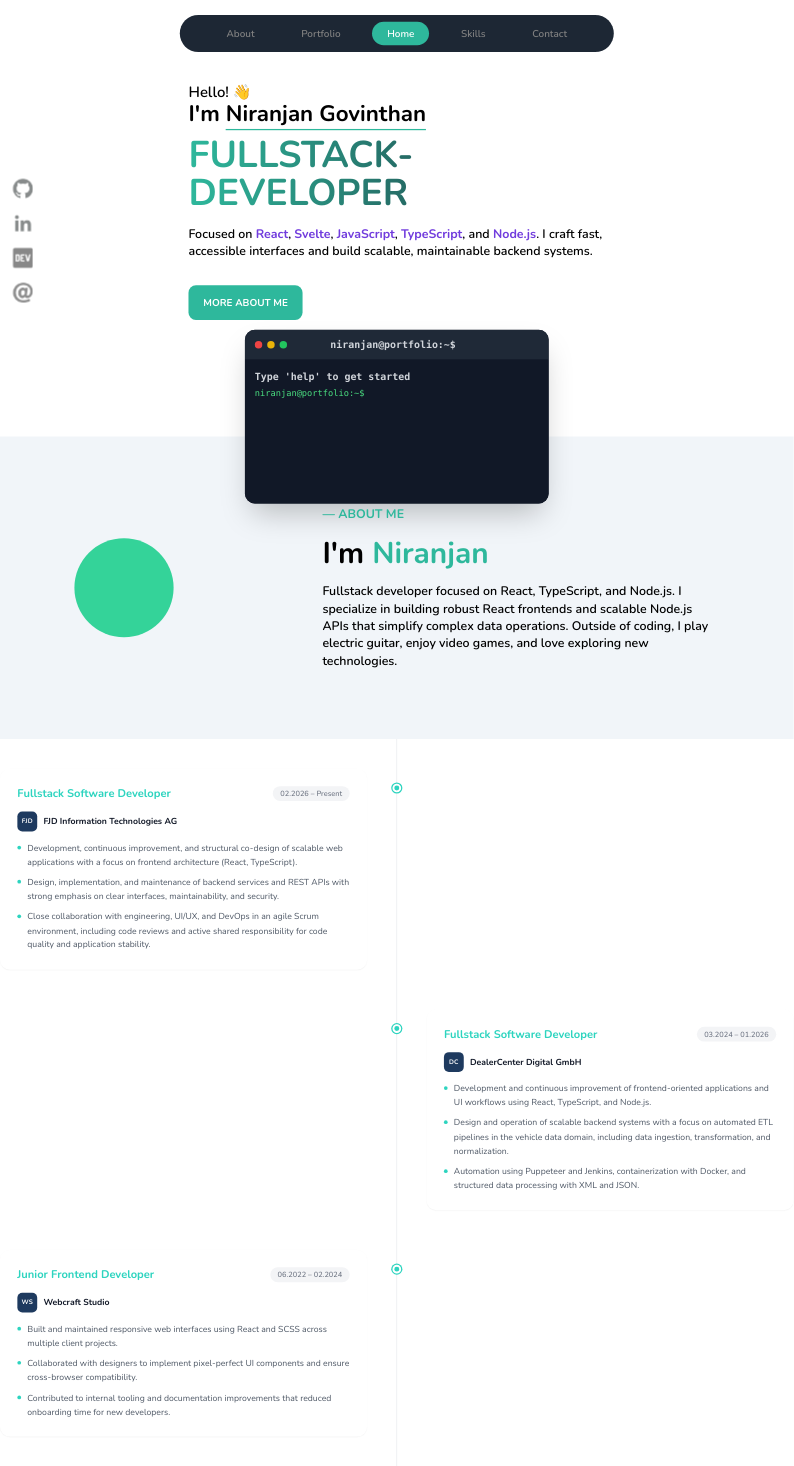
Repository: Niranjan-webdev/My-portfolio
Page: /
These files come from the project's save history. The page is drawn as it stood at one moment and after the next save; the edit follows.
The browser window is 1280 px wide. The pictures show the whole page, at 62% of full size.
The project was rebuilt for these pictures with package versions that can differ from the ones it lists, and the page was loaded fresh each time. Also part of the build but not shown: next.config.mjs.

Above is the page before, as saved 2026-03-21 11:07:43.

After the next save:
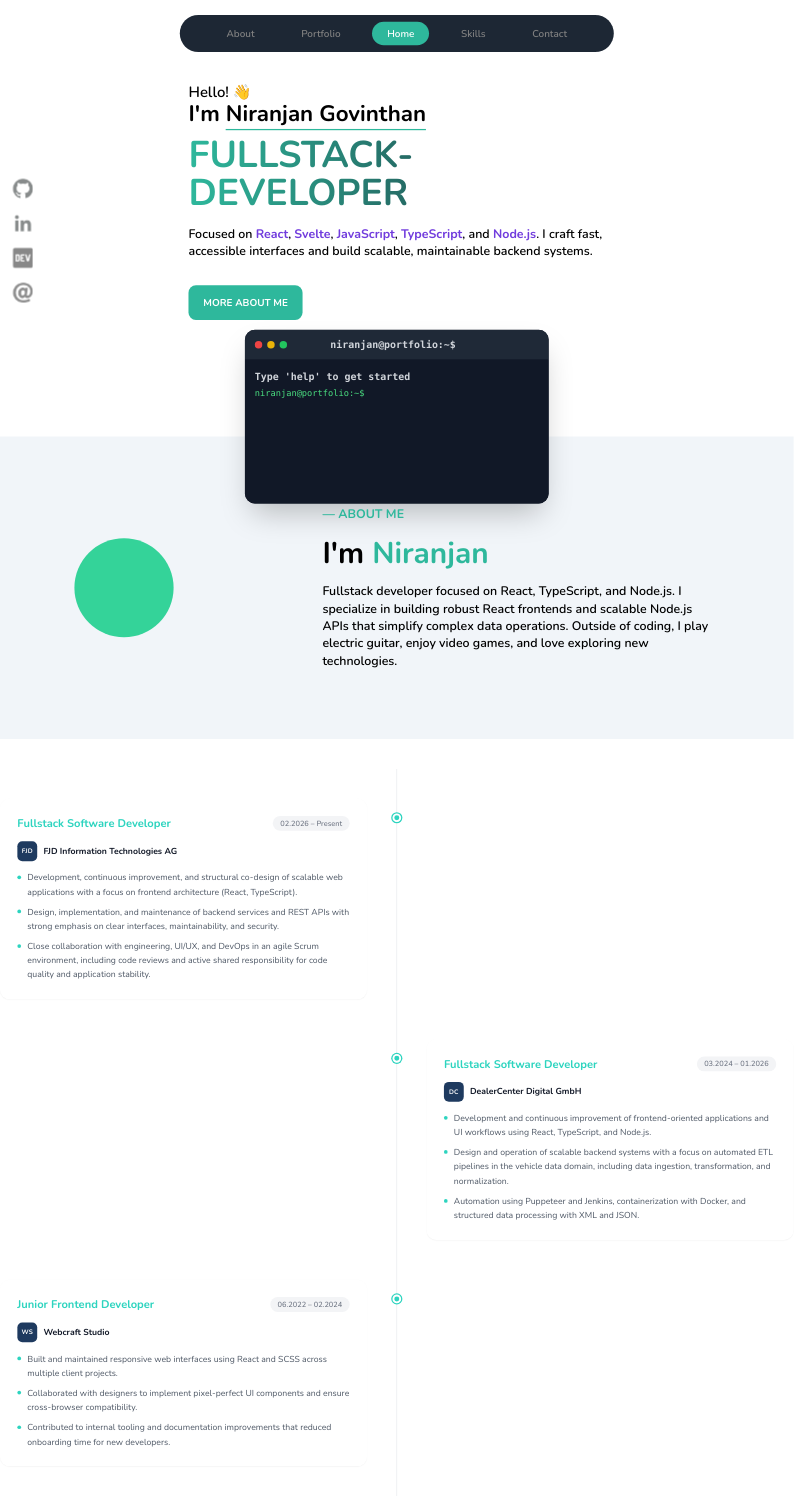
Saved 2 min 56 s later.
--- a/src/components/timeLine.js
+++ b/src/components/timeLine.js
@@ -42,7 +42,7 @@ const timelineData = [
 
 function TimeLine() {
   return (
-    <div className="relative w-full py-12">
+    <div className="relative w-full py-12 mt-[3rem]">
       {/* Central vertical line */}
       <div className="absolute left-1/2 top-0 bottom-0 w-px bg-gray-200 -translate-x-1/2" />
 
